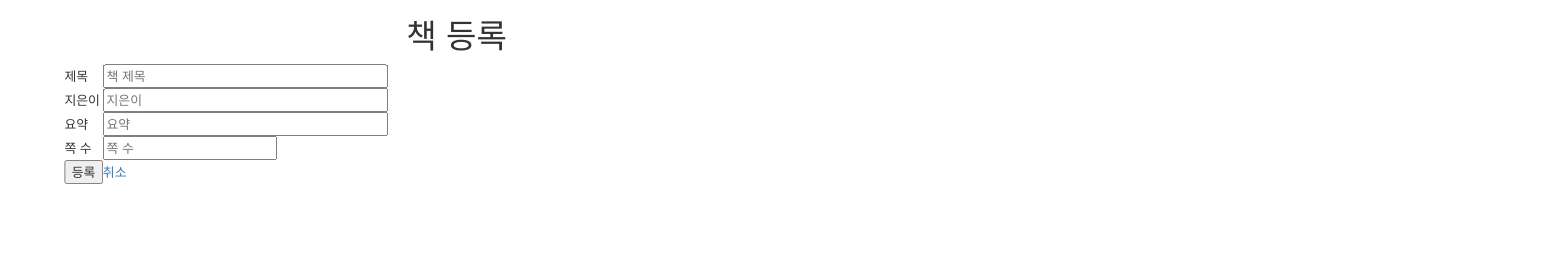
Repository: newzinee/SKDidimdolSpring
Page: http://localhost/AZBookPrj/insertBook.jsp
These files come from the project's save history. The page is drawn as it stood at one moment and after the next save; the edit follows.
The browser window is 1280 px wide. The page is 1597 px wide, then 1703 px, so the pictures cover 1703 px, including what lies to the right of the window. The pictures show the whole page, at 92% of full size.
The page is served by Tomcat 9. Nobody is signed in. The application's start-up code is not run. Other server files are loaded and not shown.

Above is the page before, as saved 2017-02-12 14:07:07.
Console error (its wording comes from the project's code and is left out).

### AZBookPrj/WebContent/insertBook.jsp
<%@ page language="java" contentType="text/html; charset=UTF-8"
	pageEncoding="UTF-8"%>
<%@ taglib uri="http://java.sun.com/jsp/jstl/core" prefix="c"%>
<!DOCTYPE html PUBLIC "-//W3C//DTD HTML 4.01 Transitional//EN" "http://www.w3.org/TR/html4/loose.dtd">
<html>
<head>
<meta http-equiv="Content-Type" content="text/html; charset=UTF-8">
<title>책등록</title>
<!-- 합쳐지고 최소화된 최신 CSS -->
<link rel="stylesheet" href="https://maxcdn.bootstrapcdn.com/bootstrap/3.3.2/css/bootstrap.min.css">

<!-- 부가적인 테마 -->
<link rel="stylesheet" href="https://maxcdn.bootstrapcdn.com/bootstrap/3.3.2/css/bootstrap-theme.min.css">

<!-- 합쳐지고 최소화된 최신 자바스크립트 -->
<script src="https://maxcdn.bootstrapcdn.com/bootstrap/3.3.2/js/bootstrap.min.js"></script>
</head>
<body>
	<div class="container col-md-offset-4">
		<h1>책 등록</h1>
	</div>
	<div class="container">
		<form method="POST" action="insertBook.do">
			<table>
				<tr>
					<td>제목</td>
					<td><input type="text" name="title" placeholder="책 제목"
						size="35" required></td>
				</tr>
				<tr>
					<td>지은이</td>
					<td><input type="text" name="author" placeholder="지은이"
						size="35" required></td>
				</tr>
				<tr>
					<td>요약</td>
					<td><input type="text" name="summary" placeholder="요약"
						size="35"></td>
				</tr>
				<tr>
					<td>쪽 수</td>
					<td><input type="number" name="page" placeholder="쪽 수" size="35"></td>
				</tr>
				<tr>
					<td><input type="submit" value="등록"></td>
					<td><a href="getBookList.do">취소</a></td>
				</tr>
			</table>
		</form>
	</div>
</body>
</html>

After the next save:
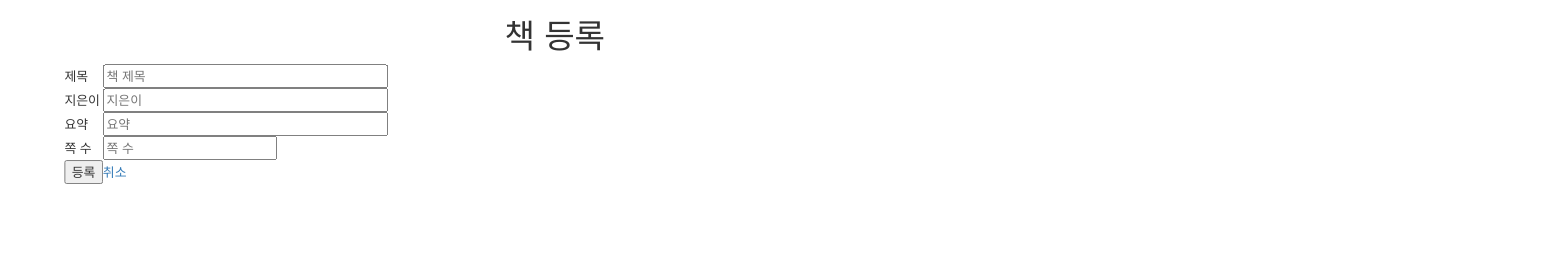
Saved 22 s later.
--- a/AZBookPrj/WebContent/insertBook.jsp
+++ b/AZBookPrj/WebContent/insertBook.jsp
@@ -16,7 +16,7 @@
 <script src="https://maxcdn.bootstrapcdn.com/bootstrap/3.3.2/js/bootstrap.min.js"></script>
 </head>
 <body>
-	<div class="container col-md-offset-4">
+	<div class="container col-md-offset-5">
 		<h1>책 등록</h1>
 	</div>
 	<div class="container">
